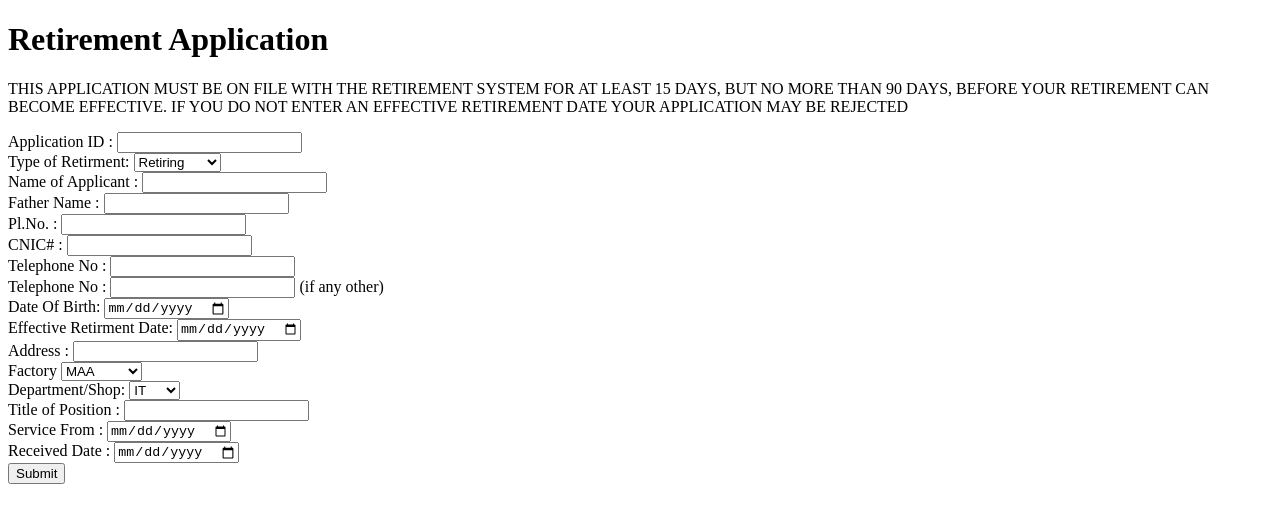
Repository: AQSA-ABDULLAH/RetirementManagmentSystem
Page: RetimentManagmentSystem/src/main/webapp/RetirementApplicationForm.html
An editor plug-in stored every save of this project. The page is shown before and after the next save, followed by the edit.
The browser window is 1280 px wide. The pictures show the whole page.

Above is the page before, as saved 2023-08-13 18:53:04.

After the next save:
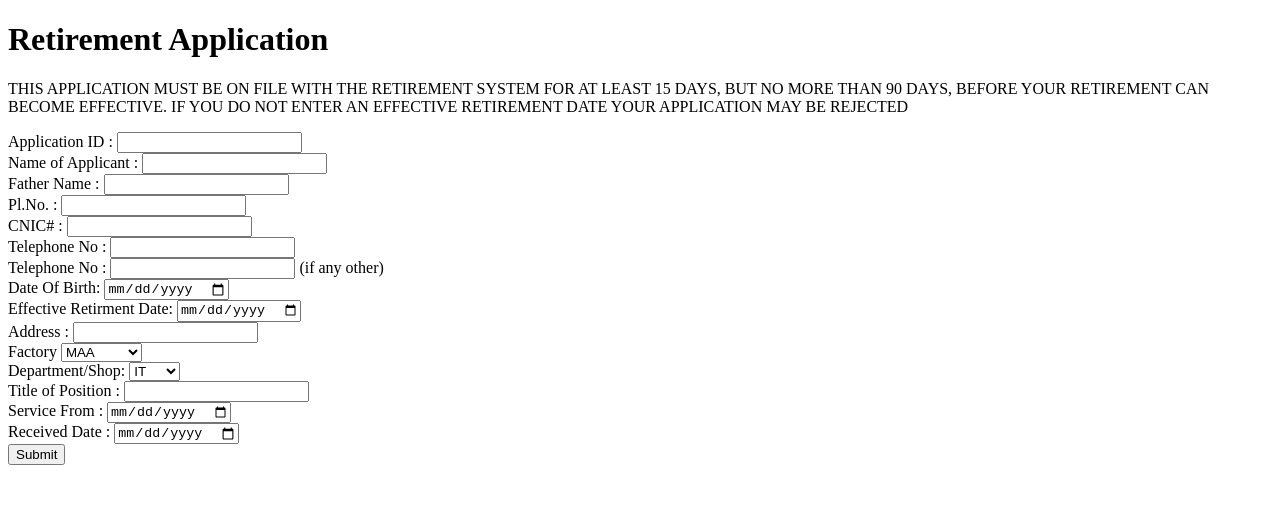
Saved 39 h 43 min later.
--- a/RetimentManagmentSystem/src/main/webapp/RetirementApplicationForm.html
+++ b/RetimentManagmentSystem/src/main/webapp/RetirementApplicationForm.html
@@ -14,15 +14,6 @@ YOUR APPLICATION MAY BE REJECTED</p>
 
 	<label for="id">Application ID :</label>
     <input type="number" id="id" required><br>
-
-	<label for="type">Type of Retirment:</label>
-	<select id="fruits" name="fruits">
-		<option value="apple">Retiring</option>
-		<option value="banana">Banana</option>
-        <option value="orange">Orange</option>
-        <option value="grape">Grape</option>
-        <option value="strawberry">Strawberry</option>
-      </select><br>
 
     <label for="name">Name of Applicant :</label>
     <input type="text" id="name" required><br>
